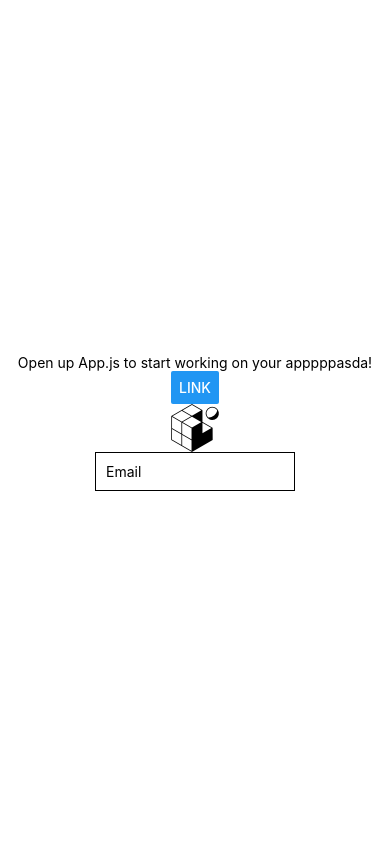
Repository: ntu34543/ReactNativeAndroid
Screen: /
The author's editor kept a copy of each file at every save. The screen is drawn from the files as they stood at one save, then again after a run of saves.
The app was drawn by React Native's web renderer in a window 390 px wide. The project was rebuilt for these pictures with package versions that can differ from the ones it lists, and the page was loaded fresh each time.

Above is the screen before, as saved 2022-09-23 16:23:41.

After the next 5 saves:
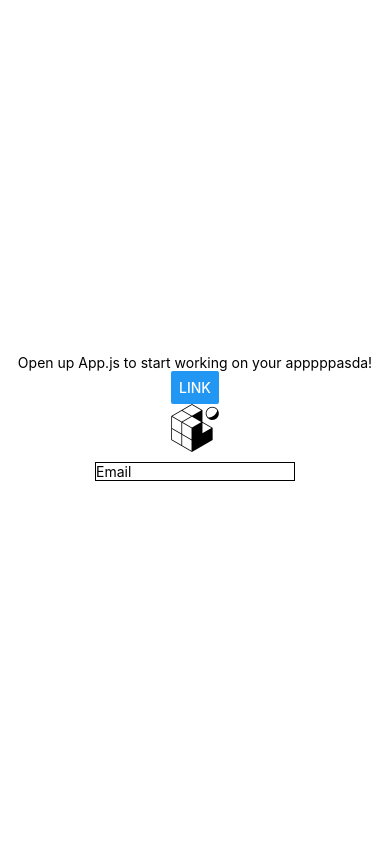
The 5 saves are shown as one change because they came seconds apart.
The last was saved 17 s later.
--- a/App.js
+++ b/App.js
@@ -22,8 +22,10 @@
     alignItems: "center",
     justifyContent: "center",
   },
+  body: {
+    padding: 10,
+  },
   TextInput: {
-    padding: 10,
     borderWidth: 1,
     borderColor: "black",
     width: 200,

After the save that followed:
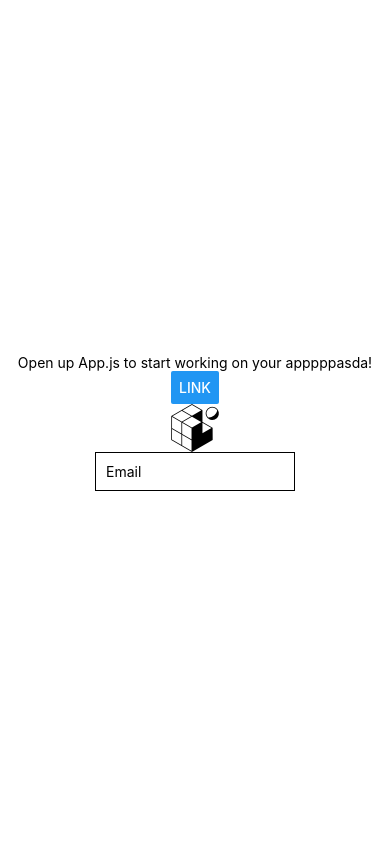
Saved 2 min 46 s later.
--- a/App.js
+++ b/App.js
@@ -23,9 +23,10 @@
     justifyContent: "center",
   },
   body: {
-    padding: 10,
+
   },
   TextInput: {
+    padding: 10,
     borderWidth: 1,
     borderColor: "black",
     width: 200,
